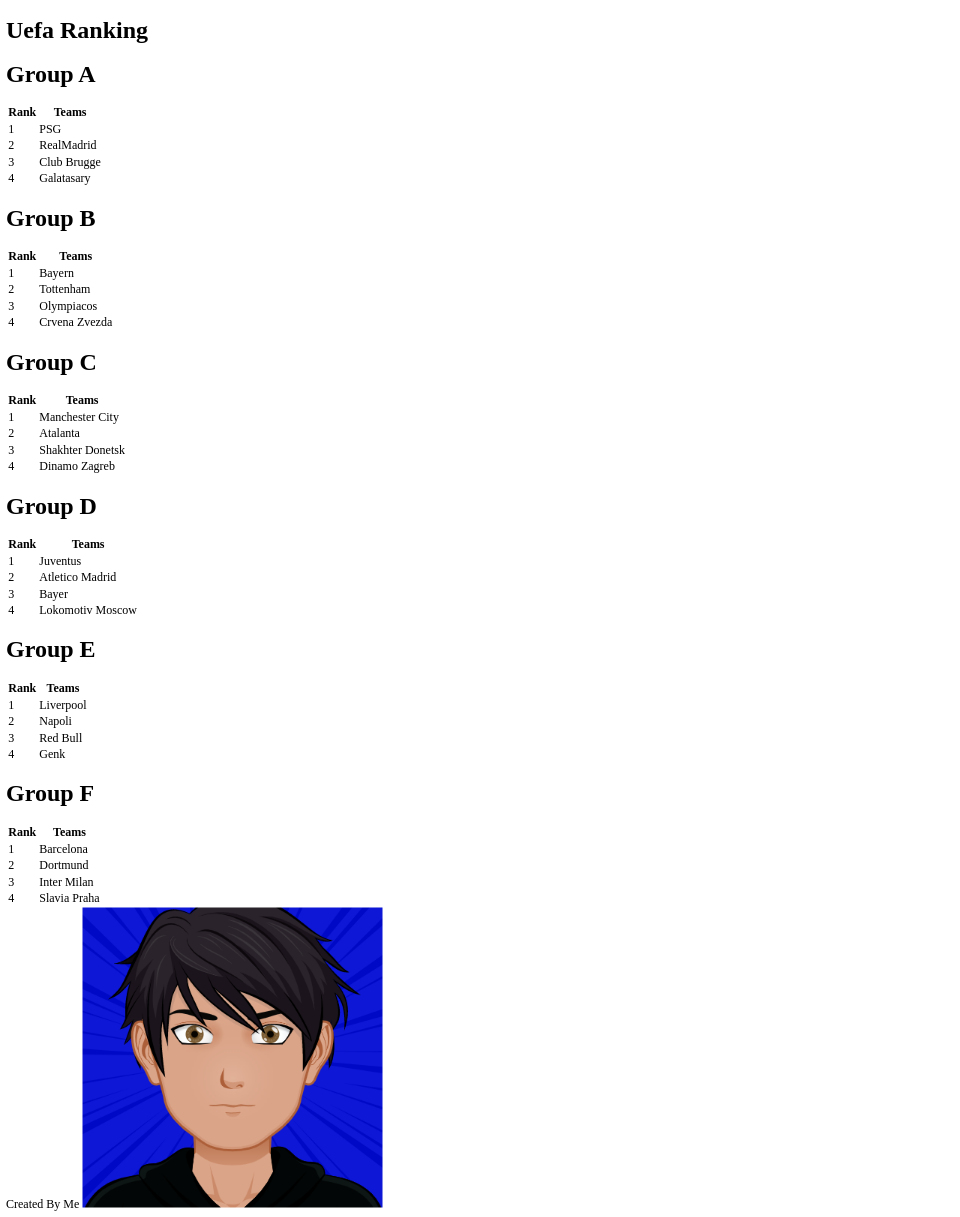
Repository: Danielrr07/Danielrr07.github.io
Page: My_Website/website.html
The author's editor kept a record of every edit. The page is drawn from the files as they stood at one moment, then again after the next edit.
The browser window is 1280 px wide. The pictures show the whole page, at 75% of full size.

Above is the page before.

### My_Website/website.html
<!DOCTYPE html>
   <html>
     <head>
       <style>
       </style>
       <meta charset="utf-8">
       <title> UEFA  </title>
     </head>
     <body>
        <h1> Uefa Ranking</h1>
        <h1>   Group A     </h1>
        <table>
        <tr><th>Rank</th><th>Teams</th></tr>
        <tr><td>1</td><td>PSG</td></tr>
        <tr><td>2</td><td>RealMadrid</td></tr>
        <tr><td>3</td><td>Club Brugge</td></tr>
        <tr><td>4</td><td>Galatasary</td></tr>
        </table>
        <h1> Group B   </h1>
        <table>
        <tr><th>Rank</th><th>Teams</th></tr>
        <tr><td>1</td><td>    Bayern</td></tr>
        <tr><td>2</td><td>    Tottenham</td></tr>
        <tr><td>3</td><td>    Olympiacos</td></tr>
        <tr><td>4</td><td>    Crvena Zvezda</td></tr>
        </table>
        <h1> Group C   </h1>
        <table>
        <tr><th>Rank</th><th>Teams</th></tr>
        <tr><td>1</td><td>    Manchester City</td></tr>
        <tr><td>2</td><td>    Atalanta</td></tr>
        <tr><td>3</td><td>    Shakhter Donetsk</td></tr>
        <tr><td>4</td><td>    Dinamo Zagreb</td></tr>
        </table>
        <h1> Group D   </h1>
        <table>
        <tr><th>Rank</th><th>Teams</th></tr>
        <tr><td>1</td><td>    Juventus</td></tr>
        <tr><td>2</td><td>    Atletico Madrid</td></tr>
        <tr><td>3</td><td>    Bayer</td></tr>
        <tr><td>4</td><td>    Lokomotiv Moscow</td></tr>
        </table>
        <h1> Group E   </h1>
        <table>
        <tr><th>Rank</th><th>Teams</th></tr>
        <tr><td>1</td><td>    Liverpool</td></tr>
        <tr><td>2</td><td>    Napoli</td></tr>
        <tr><td>3</td><td>    Red Bull</td></tr>
        <tr><td>4</td><td>    Genk</td></tr>
        </table>
        <h1> Group F   </h1>
        <table>
        <tr><th>Rank</th><th>Teams</th></tr>
        <tr><td>1</td><td>    Barcelona</td></tr>
        <tr><td>2</td><td>    Dortmund</td></tr>
        <tr><td>3</td><td>    Inter Milan</td></tr>
        <tr><td>4</td><td>    Slavia Praha</td></tr>
        </table>
        <tr><td>Created By Me</td></tr>
        <img src = "myAvatar.png">
     </body>

    </html>

### My_Website/website1.css
body{
       font-family: "Marker Felt", "Comic Sans MS", fantasy;
 	 color: #003366;
    }

    h1  {
 	   font-size: 1.3em;
 	   text-align: center;
    }

   table {
 	   margin-left: auto;
 	   margin-right: auto;
 	   text-align: left;
 	   border-collapse: collapse;
   }

   tr   {
	  border: 1px solid #ffffff;
	  text-align: center;
	  background-color:#2773DC;
  }

  th   {
	 text-align: center;
	 color: #ffffff;
	 background-color: #003366;
  }

After the next edit:
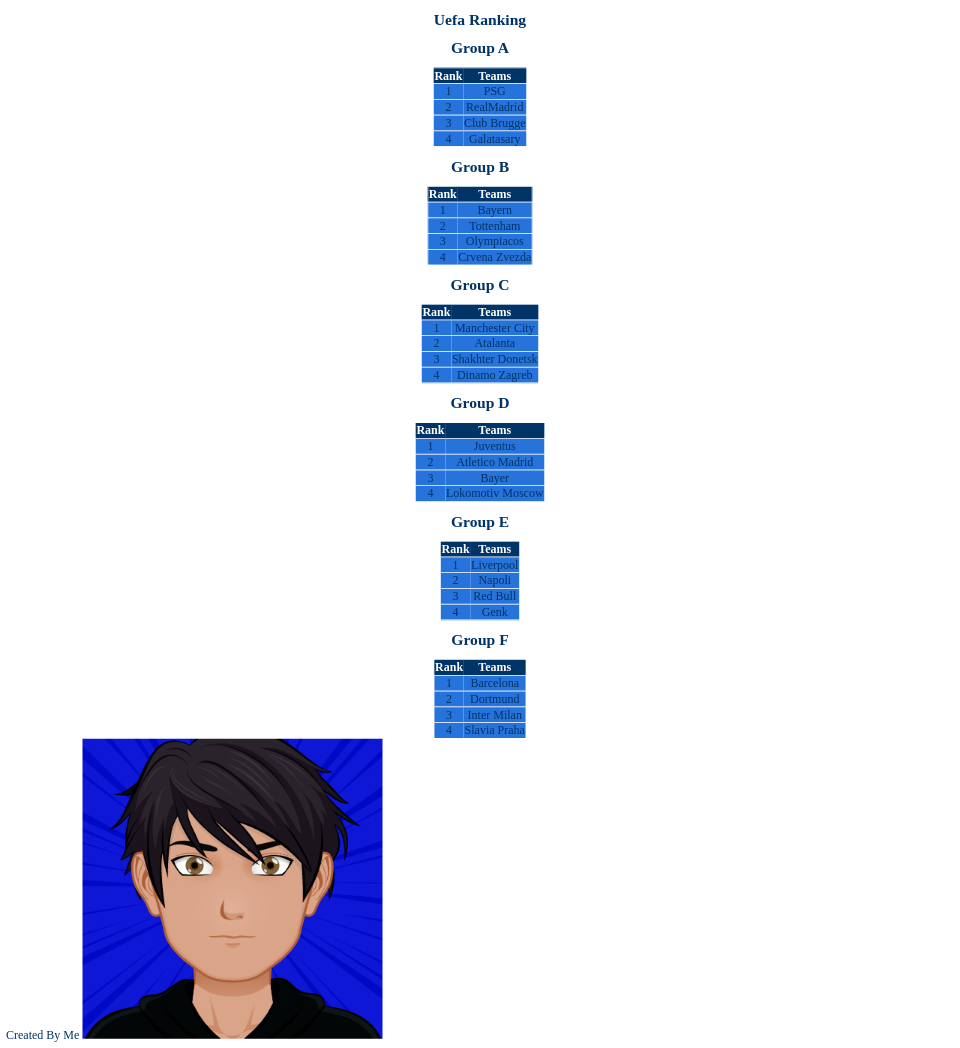
The edit:
--- a/My_Website/website.html
+++ b/My_Website/website.html
@@ -4,6 +4,7 @@
        <style>
        </style>
        <meta charset="utf-8">
+       <link href="website1.css" rel="stylesheet" type="text/css">
        <title> UEFA  </title>
      </head>
      <body>
